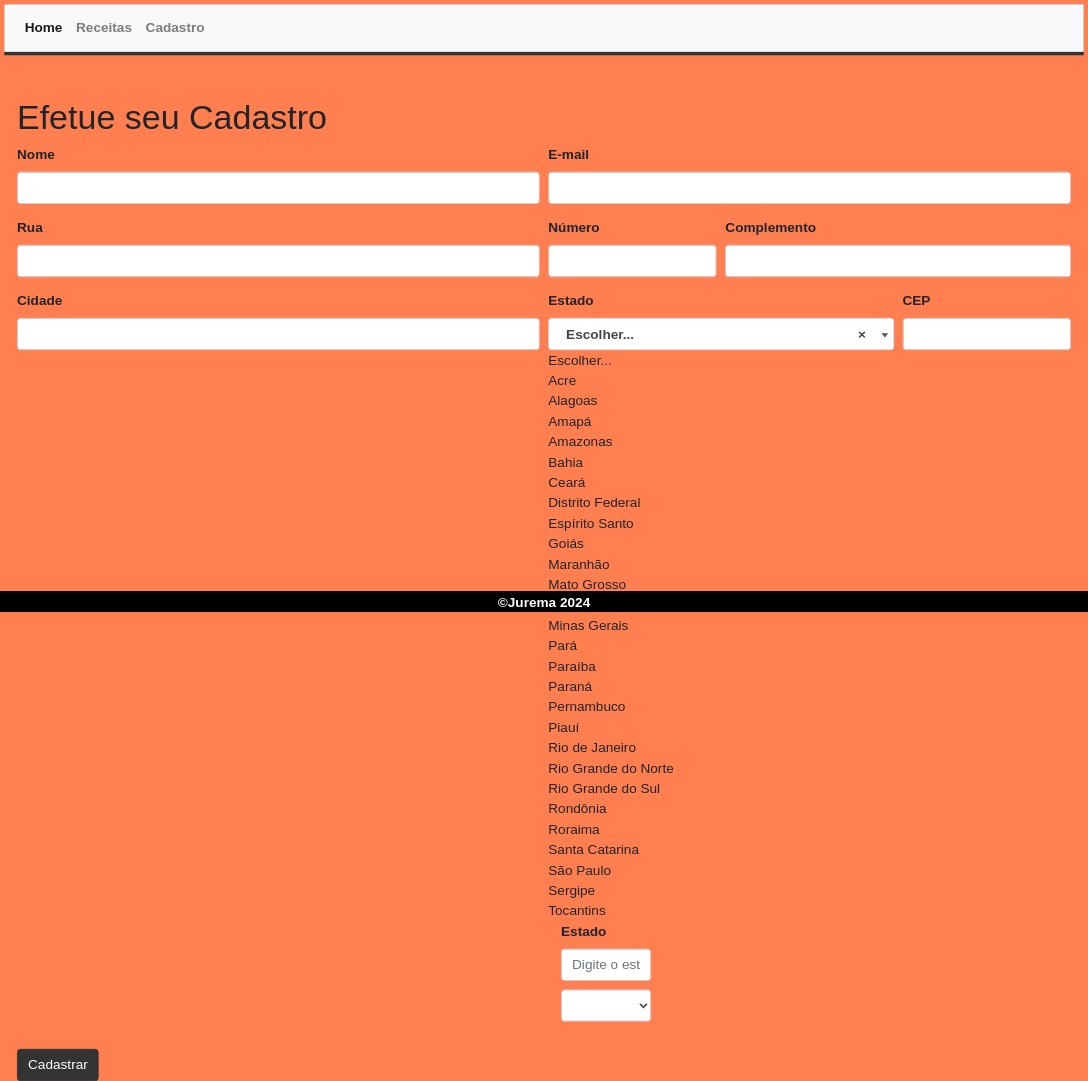
Repository: devropaes/RECEITAS
Page: OneDrive/Área de Trabalho/Estudos/Estácio/receitas/cadastro.html
An editor plug-in stored every save of this project. The page is shown before and after the next save, followed by the edit.
The browser window is 1280 px wide. The pictures show the whole page, at 85% of full size.

Above is the page before, as saved 2024-03-13 18:18:29.

### OneDrive/Área de Trabalho/Estudos/Estácio/receitas/cadastro.html
<!-- Scripts Bootstrap -->

<!DOCTYPE html>
<html lang="pt-br">
<head>
    <meta charset="UTF-8">
    <meta http-equiv="X-UA-Compatible" content="IE=edge">
    <meta name="viewport" content="width=device-width, initial-scale=1.0">
    <link rel="stylesheet" href="https://stackpath.bootstrapcdn.com/bootstrap/4.3.1/css/bootstrap.min.css" integrity="sha384-ggOyR0iXCbMQv3Xipma34MD+dH/1fQ784/j6cY/iJTQUOhcWr7x9JvoRxT2MZw1T" crossorigin="anonymous">
    <link href="https://cdnjs.cloudflare.com/ajax/libs/select2/4.0.13/css/select2.min.css" rel="stylesheet" />
    <link rel="stylesheet" href="formatos.css">
    <link rel="stylesheet" href="cadastro.css">
    <title>Cadastro</title>
    <style>
        body {
            background-color: #ff7f50; /* Cor de fundo do corpo */
        }
    </style>
</head>
<body>
    <div class="page-container">
        <header>
            <nav class="navbar navbar-expand-lg navbar-light bg-light">
                <!-- Área do Menu -->
                <ul class="navbar-nav">
                    <li class="nav-item active">
                        <a class="nav-link" href="home.html">Home</a>
                    </li>
                    <li class="nav-item">
                        <a class="nav-link" href="receitas.html">Receitas</a>
                    </li>
                    <li class="nav-item">
                        <a class="nav-link" href="cadastro.html">Cadastro</a>
                    </li>
                </ul>
            </nav>
        </header>

        <main class="container-fluid">
            <!-- Área Principal - Título e Formulário de Cadastro -->
            <div class="row">
                <div class="col-lg-12">
                    <h1 class="mt-4">Efetue seu Cadastro</h1>
                    <form>
                        <div class="form-row">
                            <div class="form-group col-md-6">
                                <label for="nome">Nome</label>
                                <input type="text" class="form-control" id="nome" required>
                            </div>
                            <div class="form-group col-md-6">
                                <label for="email">E-mail</label>
                                <input type="email" class="form-control" id="email" required>
                            </div>
                        </div>
                        <div class="form-row">
                            <div class="form-group col-md-6">
                                <label for="rua">Rua</label>
                                <input type="text" class="form-control" id="rua" required>
                            </div>
                            <div class="form-group col-md-2">
                                <label for="numero">Número</label>
                                <input type="text" class="form-control" id="numero" required>
                            </div>
                            <div class="form-group col-md-4">
                                <label for="complemento">Complemento</label>
                                <input type="text" class="form-control" id="complemento">
                            </div>
                        </div>
                        <div class="form-row">
                            <div class="form-group col-md-6">
                                <label for="cidade">Cidade</label>
                                <input type="text" class="form-control" id="cidade" required>
                            </div>
                            <div class="form-group col-md-4">
                                <label for="estado">Estado</label>
                                <select id="estado" class="form-control" required>
                                    <option selected>Escolher...</option>

                                    <select id="estado" class="form-control" required></select>
                                        <option selected>Escolher...</option>
                                        <option value="AC">Acre</option>
                                        <option value="AL">Alagoas</option>
                                        <option value="AP">Amapá</option>
                                        <option value="AM">Amazonas</option>
                                        <option value="BA">Bahia</option>
                                        <option value="CE">Ceará</option>
                                        <option value="DF">Distrito Federal</option>
                                        <option value="ES">Espírito Santo</option>
                                        <option value="GO">Goiás</option>
                                        <option value="MA">Maranhão</option>
                                        <option value="MT">Mato Grosso</option>
                                        <option value="MS">Mato Grosso do Sul</option>
                                        <option value="MG">Minas Gerais</option>
                                        <option value="PA">Pará</option>
                                        <option value="PB">Paraíba</option>
                                        <option value="PR">Paraná</option>
                                        <option value="PE">Pernambuco</option>
                                        <option value="PI">Piauí</option>
                                        <option value="RJ">Rio de Janeiro</option>
                                        <option value="RN">Rio Grande do Norte</option>
                                        <option value="RS">Rio Grande do Sul</option>
                                        <option value="RO">Rondônia</option>
                                        <option value="RR">Roraima</option>
                                        <option value="SC">Santa Catarina</option>
                                        <option value="SP">São Paulo</option>
                                        <option value="SE">Sergipe</option>
                                        <option value="TO">Tocantins</option>
                                    </select>
                                    <!-- Dentro do formulário -->
                             <div class="form-group col-md-4">
                               <label for="estado">Estado</label>
                                 <input type="text" id="filtroEstado" class="form-control" placeholder="Digite o estado">
                               <select id="estado" class="form-control" required>
        <!-- Opções de estados serão adicionadas dinamicamente aqui -->
                               </select>
                             </div>

                                </select>
                            </div>
                            <div class="form-group col-md-2">
                                <label for="cep">CEP</label>
                                <input type="text" class="form-control" id="cep" required>
                            </div>
                        </div>
                        <button type="submit" class="btn btn-primary">Cadastrar</button>
                    </form>
                </div>
            </div>
        </main>

        <footer class="rodape">
          <p>&copy;Jurema 2024 </p>
     </footer>
     <script src="https://code.jquery.com/jquery-3.3.1.slim.min.js" integrity="sha384-q8i/X+965DzO0rT7abK41JStQIAqVgRVzpbzo5smXKp4YfRvH+8abtTE1Pi6jizo" crossorigin="anonymous"></script>
<script src="https://cdnjs.cloudflare.com/ajax/libs/popper.js/1.14.7/umd/popper.min.js" integrity="sha384-UO2eT0CpHqdSJQ6hJty5KVphtPhzWj9WO1clHTMGa3JDZwrnQq4sF86dIHNDz0W1" crossorigin="anonymous"></script>
<script src="https://stackpath.bootstrapcdn.com/bootstrap/4.3.1/js/bootstrap.min.js" integrity="sha384-JjSmVgyd0p3pXB1rRibZUAYoIIy6OrQ6VrjIEaFf/nJGzIxFDsf4x0xIM+B07jRM" crossorigin="anonymous"></script>
<script src="https://cdnjs.cloudflare.com/ajax/libs/select2/4.0.13/js/select2.min.js"></script>

<script>
    $(document).ready(function() {
        // Aplica o Select2 ao campo de seleção de estados
        $('#estado').select2({
            placeholder: 'Escolher...',
            allowClear: true, // Permite a limpeza da seleção
        });
    });
</script>

</body>
</html>

### OneDrive/Área de Trabalho/Estudos/Estácio/receitas/formatos.css

img {
    width: 70px;
    background-color: #ff7f50;
}

img, h1 {
    display:inline-block
    background-color: #ff7f50;

}

img arroz-de-couve-flor,bolo-de-cafe,coxinha-de-brigadeiro {
    width: 300px;
}
navlist {
 display: flex;
 background-color: #ff7f50;
}
body {
    background-color:#ff7f50;
    font-family: Arial, Helvetica, sans-serif;
    font-size: 16px;
    text-decoration: none;


}
header {
    text-decoration: none;
}

.cabecalho{
    background-color: #ff7f50;
    font-family:"krona one",sans-serif ;
    font-weight: 600;
    color: #333;
    padding: 10px;
    text-decoration: none;
}

.cabecalho__menu {
    background-color: #ff7f50;
    font-family: "Krona One", sans-serif;
    font-weight: 600;
    display: flex;
    justify-content: left;
    color:#333;
    text-decoration: none;

}


.cabecalho__menu__link {
    background-color: #ff7f50;
    font-family: "Krona One", sans-serif;
    font-weight: 600;
    color: #333;
    text-decoration: none;
    padding: 5px 10px;
    margin: 0 10px;
    pad: 50px;

}
.cabecalho__cadastro__link {
    background-color: #ff7f50;
    font-family: "Krona One", sans-serif;
    font-weight: 600;
    color: #333;
    text-decoration: none;
    padding: 5px 10px;
    margin: 0 10px;
    pad: 50px;
}


.apresentacao {
    font-family: "Krona One", sans-serif;
    font-weight: 600;
    background-color: #ff7f50;
    text-align: center;
    padding: 50px;
}

.apresentacao__conteudo {
    img: 33 x 32px;
    font-family: "Krona One", sans-serif;
    font-weight: 600;
    max-width: 600px;
    margin: 0 auto;
    pad: 60px;
}

.apresentacao__conteudo {
    font-family: "Krona One", sans-serif;
    font-weight: 600;
    color: #333;
    pad:62px;

}
.apresentacao__conteudo__titulo {
    justify-items:right;
    width: 60%;

}


.apresentacao__receitas__link {
    align-items: center;
    display:flex;
    gap: 16px;
    width: 50%;
    text-align: center;

}


.rodape {
    background-color: #000;
    color: #fff;
    text-align: center;
    padding: 2px;
    position: fixed;
    border-bottom: #fff;
    left: 0; /* Alteração aqui para fixar o rodapé no lado esquerdo */
    bottom: 0%;
    width: 100%;
    margin: 0%;
    max-width: 100%;

}

### OneDrive/Área de Trabalho/Estudos/Estácio/receitas/cadastro.css
* {
  margin: 0;
  padding: 0;
  box-sizing: border-box;
}

:root {
  --cor-primaria: #ff7f50;
  --cor-secundaria: #333;
  --cor-terciaria: #000;
  --cor-hover: #fff;
  --font-primaria: "Arial, Helvetica", sans-serif;
  --font-secundaria: "Krona-One", sans-serif;
}

body {
  overflow-y: auto;
  background-color: var(--cor-primaria);
  font-family: var(--font-secundaria);
  font-size: 1em;
  font-weight: 600;
  text-align:left;
  margin: 5px;
}

.navbar {
  background-color: var(--cor-terciaria);
  color: var(--cor-hover);
}

header {
  height: 60px;
  background-color: var(--cor-secundaria);
  color: var(--cor-hover);
}

nav a {
  color:var(--cor-hover); /* Alterada a cor dos itens do menu na barra de navegação */
}

nav a:hover {
  color:var(--cor-hover); /* Alterada a cor dos itens do menu ao passar o mouse */
}

main {
  height: calc(100vh - 100px);
  padding: 25px;
}

footer {
  height: 25px;
  background-color: var(--cor-hover);
  color: var(--cor-secundaria);
  text-align: center;
  padding-top: 5px;

}

.navlist {
  background-color: var(--cor-terciaria);
  color: var(--cor-hover);
  list-style: none;
  padding: 0;
  display: flex;
  justify-content: space-around; /* Alterado de justify-content-between para space-around */
}

.navlist li {
  margin: 0;
}

.navlist a {
  text-decoration: none;
  color: var(--cor-hover);
  background-color: var(--cor-secundaria);
  border-color: var(--cor-secundaria);
}

.navlist a:hover {
  color: var(--cor-terciaria);
}
/* Estilo personalizado para o Select2 */
.select2-container--default .select2-selection--single {
  height: 38px;
  padding: 8px 12px;
  border: 1px solid #ced4da;
  border-radius: 4px;
}

.select2-container--default .select2-selection--single .select2-selection__arrow {
  height: 38px;
}

.select2-container--default .select2-selection--single .select2-selection__rendered {
  line-height: 22px;
}

.select2-container--default .select2-selection--single .select2-selection__arrow b {
  border-color: #555 transparent transparent transparent;
}

#filtroEstado {
  margin-bottom: 10px;
}

.apresentacao {
  font-family:var(--font-secundaria);
  font-weight: 600;
  background-color:var(--cor-primaria);
  text-align: center;
  padding: 50px;
}

.btn-primary {
  color: var(--cor-hover);
  background-color: var(--cor-secundaria);
  border-color: var(--cor-secundaria);
}
.rodape {
  background-color: var(--cor-terciaria);
  color: var(--cor-hover);
  text-align: center;
  padding: 2px;
  position: fixed;
  border-bottom: var(--cor-hover);
  left: 0;
  bottom: 0%;
  width: 100%;
  margin: 0%;
  max-width: 100%;
}

After the next save:
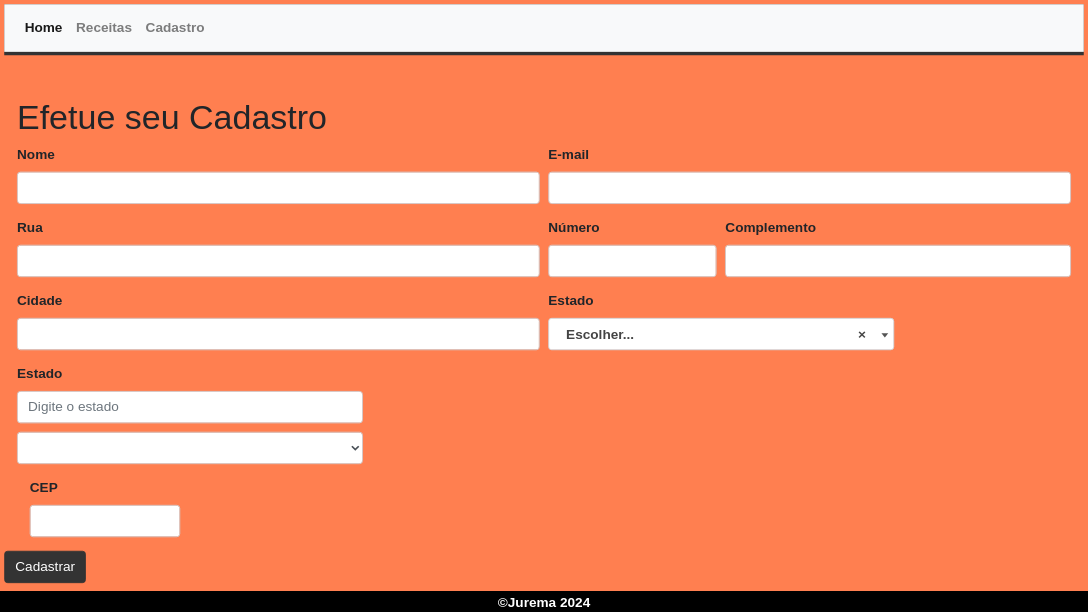
Saved 4 min 10 s later.
--- a/OneDrive/Área de Trabalho/Estudos/Estácio/receitas/cadastro.html
+++ b/OneDrive/Área de Trabalho/Estudos/Estácio/receitas/cadastro.html
@@ -74,9 +74,7 @@
                             <div class="form-group col-md-4">
                                 <label for="estado">Estado</label>
                                 <select id="estado" class="form-control" required>
-                                    <option selected>Escolher...</option>
 
-                                    <select id="estado" class="form-control" required></select>
                                         <option selected>Escolher...</option>
                                         <option value="AC">Acre</option>
                                         <option value="AL">Alagoas</option>
@@ -106,6 +104,7 @@
                                         <option value="SE">Sergipe</option>
                                         <option value="TO">Tocantins</option>
                                     </select>
+                            </div>
                                     <!-- Dentro do formulário -->
                              <div class="form-group col-md-4">
                                <label for="estado">Estado</label>
